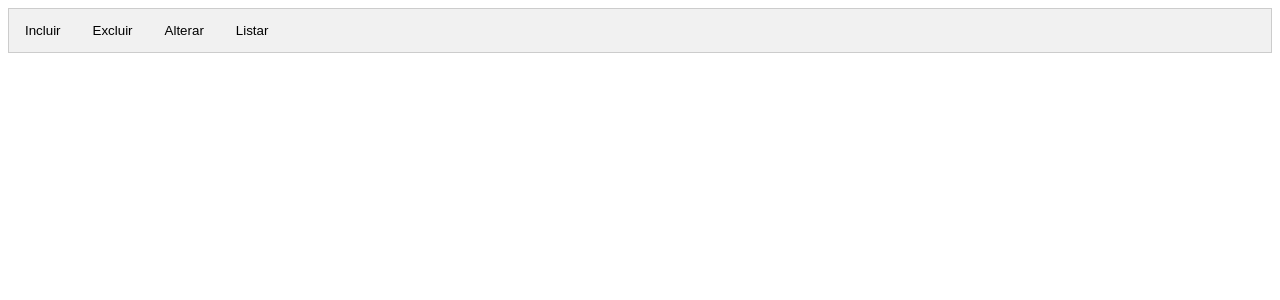
Repository: FelipeCorerato/crud-servlet-java
Page: Livraria/WebContent/Cadastro.html
These files come from the project's save history. The page is drawn as it stood at one moment and after the next save; the edit follows.
The browser window is 1280 px wide. The pictures show the whole page.

Above is the page before, as saved 2019-03-26 14:47:28.

After the next save:
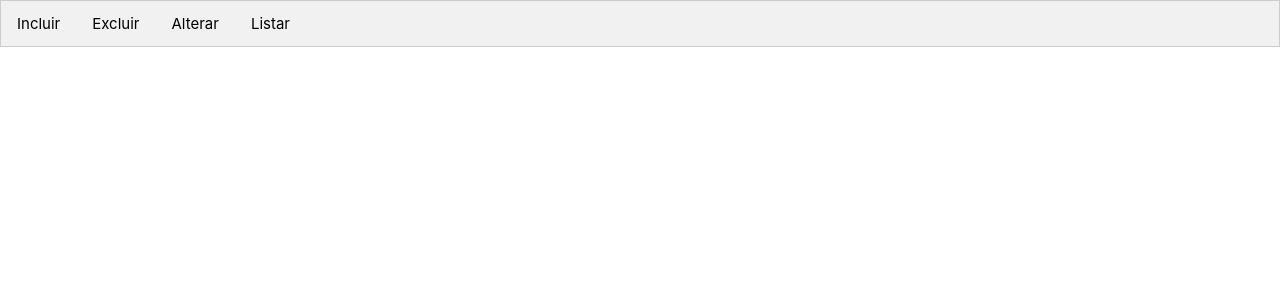
Saved 90 s later.
--- a/Livraria/WebContent/Cadastro.html
+++ b/Livraria/WebContent/Cadastro.html
@@ -3,6 +3,12 @@
 	<head>
 		<meta charset="UTF-8">
 		<title>Insert title here</title>
+		<!-- Compiled and minified CSS -->
+	    <link rel="stylesheet" href="https://cdnjs.cloudflare.com/ajax/libs/materialize/1.0.0/css/materialize.min.css">
+
+	    <!-- Compiled and minified JavaScript -->
+	    <script src="https://cdnjs.cloudflare.com/ajax/libs/materialize/1.0.0/js/materialize.min.js"></script>
+
 		<script>
 			function openCity(evt, cityName) {
 			  // Declare all variables
@@ -83,7 +89,7 @@
 	            Preco:
 				<input type="text" id="preco" name="preco">
 	            <br>
-	            <button type="submit"></button>
+	            <button type="submit">Incluir</button>
 			</form>
 		</div>
 
